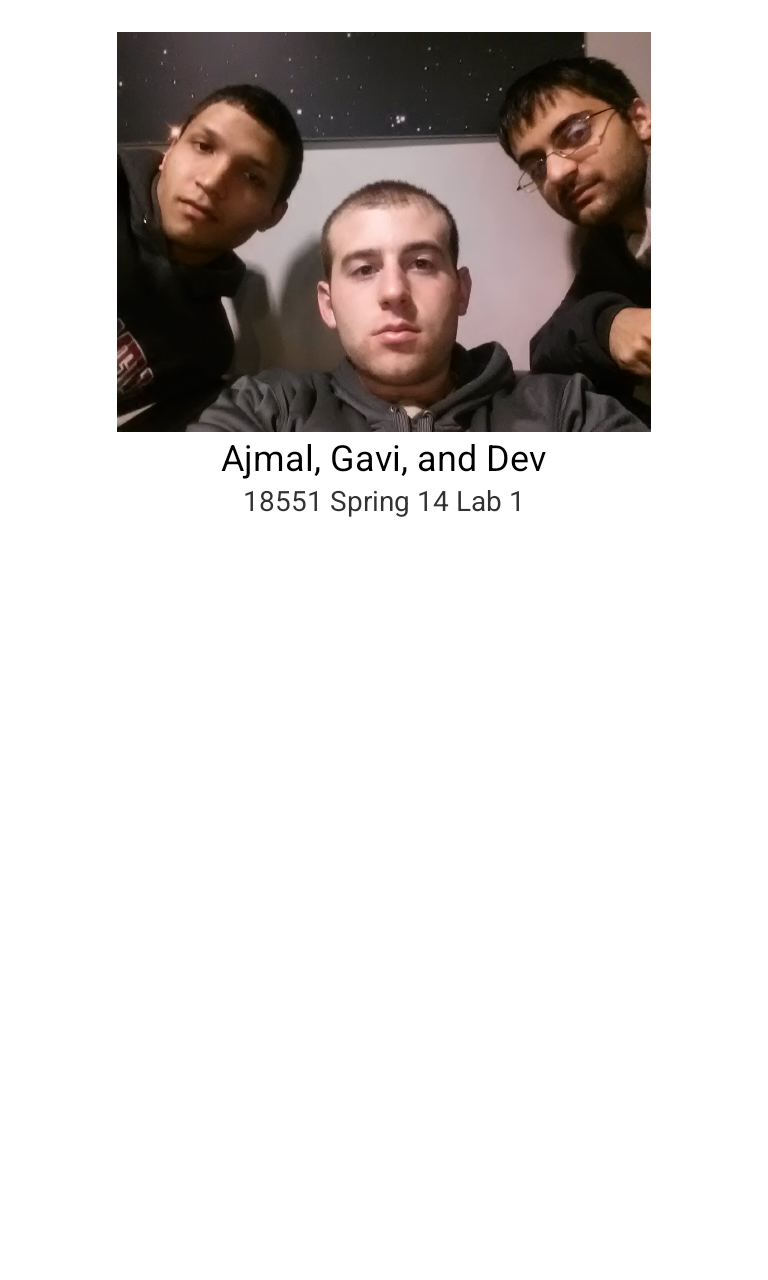
Repository: DevShah/18551
Layout: Lab1/Lab1/res/layout/activity_splash.xml
An editor plug-in stored every save of this project. The layout is shown before and after the next save, followed by the edit.
It is drawn on a 768 x 1280 px phone screen (xhdpi) without system bars, with theme AppTheme; the app's code is not run.

Above is the layout before, as saved 2014-01-27 03:48:20.

### Lab1/Lab1/res/layout/activity_splash.xml
<RelativeLayout xmlns:android="http://schemas.android.com/apk/res/android"
    xmlns:tools="http://schemas.android.com/tools"
    android:layout_width="match_parent"
    android:layout_height="match_parent"
    android:paddingBottom="@dimen/activity_vertical_margin"
    android:paddingLeft="@dimen/activity_horizontal_margin"
    android:paddingRight="@dimen/activity_horizontal_margin"
    android:paddingTop="@dimen/activity_vertical_margin"
    tools:context=".SplashScreen" >

    <LinearLayout
        android:id="@+id/linearLayout1"
        android:layout_width="match_parent"
        android:layout_height="wrap_content"
        android:orientation="vertical"
        tools:ignore="UselessParent" >

        <ImageView
            android:id="@+id/imageView1"
            android:layout_width="match_parent"
            android:layout_height="200dp"
            android:src="@drawable/group_pic_2"
            tools:ignore="ContentDescription" />

        <TextView
            android:id="@+id/textView1"
            android:layout_width="wrap_content"
            android:layout_height="wrap_content"
            android:layout_gravity="center_horizontal"
            android:text="@string/ajmal_gavi_and_dev"
            android:textAppearance="?android:attr/textAppearanceMedium" />

        <TextView
            android:id="@+id/textView2"
            android:layout_width="wrap_content"
            android:layout_height="wrap_content"
            android:layout_gravity="center"
            android:text="@string/_18551_spring_14_lab_1"
            android:textAppearance="?android:attr/textAppearanceSmall" />

    </LinearLayout>

</RelativeLayout>

### Lab1/Lab1/res/values/strings.xml
<?xml version="1.0" encoding="utf-8"?>
<resources>

    <string name="app_name">Lab1</string>
    <string name="action_settings">Settings</string>
    <string name="hello_world">Hello world!</string>
    <string name="ajmal_gavi_and_dev">Ajmal, Gavi, and Dev</string>
    <string name="_18551_spring_14_lab_1">18551 Spring 14 Lab 1</string>
    <string name="image_processing">Image Processing</string>
    <string name="title_activity_image_process">ImageProcessActivity</string>
    <string name="title_activity_audio_process">AudioProcessActivity</string>
    <string name="audio_processing">Audio Processing</string>

</resources>

Loaded but not shown: Lab1/Lab1/res/values/styles.xml (common file); Lab1/Lab1/res/values-v11/styles.xml (common file); Lab1/Lab1/res/values-v14/styles.xml (common file); Lab1/Lab1/res/values/dimens.xml (common file)

After the next save:
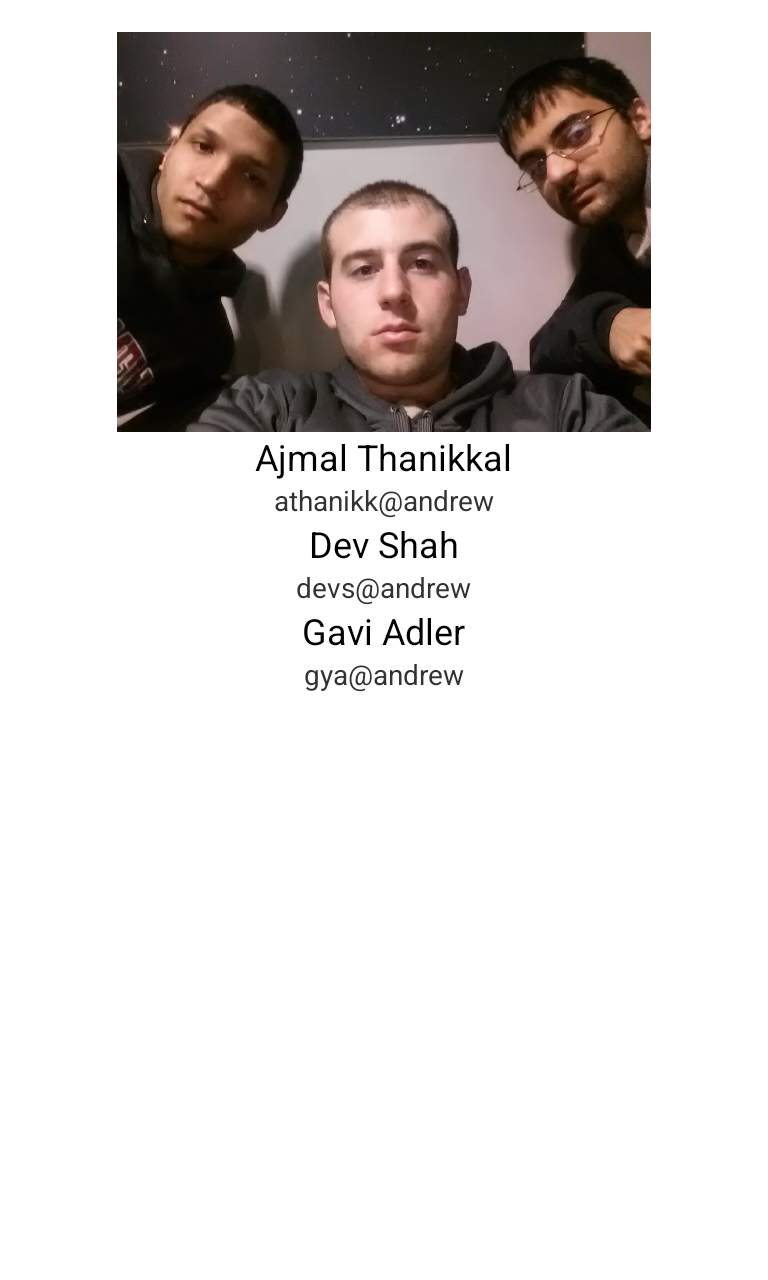
Saved 16 h 53 min later.
--- a/Lab1/Lab1/res/layout/activity_splash.xml
+++ b/Lab1/Lab1/res/layout/activity_splash.xml
@@ -27,7 +27,7 @@
             android:layout_width="wrap_content"
             android:layout_height="wrap_content"
             android:layout_gravity="center_horizontal"
-            android:text="@string/ajmal_gavi_and_dev"
+            android:text="Ajmal Thanikkal"
             android:textAppearance="?android:attr/textAppearanceMedium" />
 
         <TextView
@@ -35,7 +35,39 @@
             android:layout_width="wrap_content"
             android:layout_height="wrap_content"
             android:layout_gravity="center"
-            android:text="@string/_18551_spring_14_lab_1"
+            android:text="athanikk@andrew"
+            android:textAppearance="?android:attr/textAppearanceSmall" />
+
+        <TextView
+            android:id="@+id/textView3"
+            android:layout_width="wrap_content"
+            android:layout_height="wrap_content"
+            android:layout_gravity="center_horizontal"
+            android:text="Dev Shah"
+            android:textAppearance="?android:attr/textAppearanceMedium" />
+
+        <TextView
+            android:id="@+id/textView4"
+            android:layout_width="wrap_content"
+            android:layout_height="wrap_content"
+            android:layout_gravity="center_horizontal"
+            android:text="devs@andrew"
+            android:textAppearance="?android:attr/textAppearanceSmall" />
+
+        <TextView
+            android:id="@+id/textView5"
+            android:layout_width="wrap_content"
+            android:layout_height="wrap_content"
+            android:layout_gravity="center_horizontal"
+            android:text="Gavi Adler"
+            android:textAppearance="?android:attr/textAppearanceMedium" />
+
+        <TextView
+            android:id="@+id/textView6"
+            android:layout_width="wrap_content"
+            android:layout_height="wrap_content"
+            android:layout_gravity="center_horizontal"
+            android:text="gya@andrew"
             android:textAppearance="?android:attr/textAppearanceSmall" />
 
     </LinearLayout>
